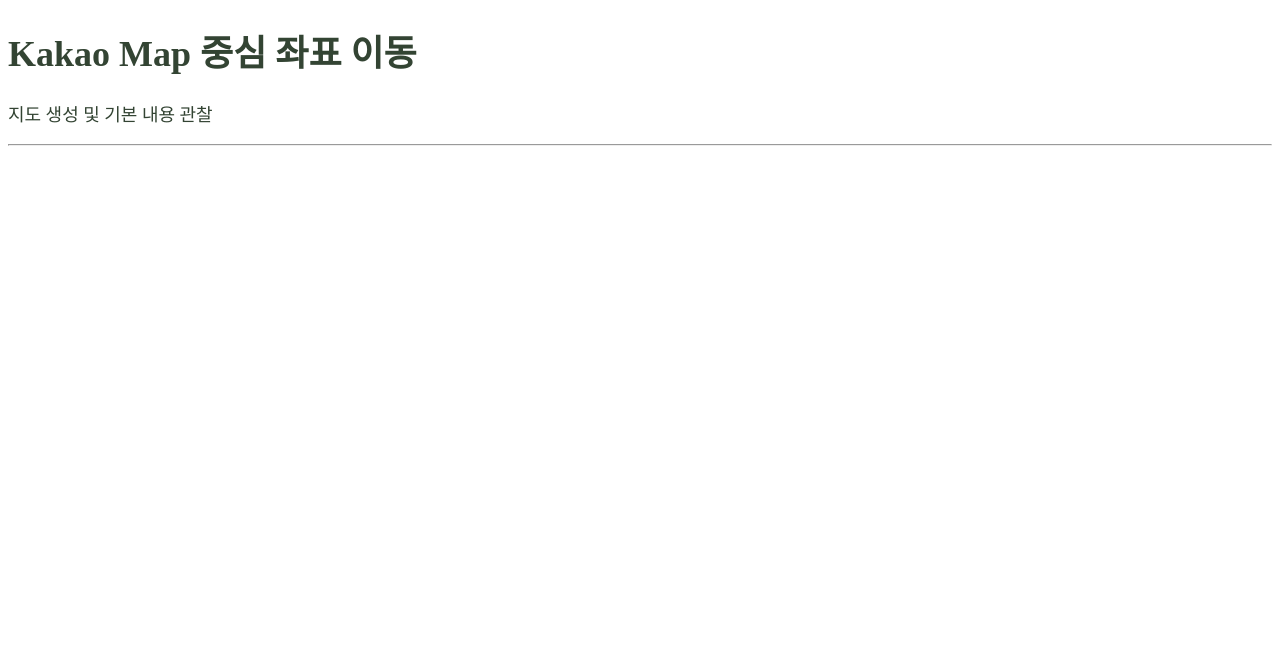
Repository: Jejeong-Moon/KakaoMapStudy
Page: KakaoMapStudy/MapApp/WebContent/MapTest004.html
An editor plug-in stored every save of this project. The page is shown before and after the next save, followed by the edit.
The browser window is 1280 px wide. The pictures show the whole page.

Above is the page before, as saved 2025-03-10 01:24:55.
Console error: ReferenceError: initialize is not defined

### KakaoMapStudy/MapApp/WebContent/MapTest004.html
<!DOCTYPE html>
<html>
<head>
<meta charset="UTF-8">
<title>MapTest004.html</title>
<link rel="stylesheet" type="text/css" href="css/main.css">
</head>
<body onload="initialize()">

<!-- ○ 발급 받은 APP Key -->
<!-- 083a2bd9d2504e9dde582bbbb8ce730b -->

<!-- ○ 지도의 중심 좌표 -->
<!-- 37.556570, 126.919533 -->


<div>
	<h1>Kakao Map 중심 좌표 이동</h1>
	<p>지도 생성 및 기본 내용 관찰</p>
	<hr />
</div>

</body>
</html>

### KakaoMapStudy/MapApp/WebContent/css/main.css
@charset "UTF-8";
@charset "UTF-8";


/* main.css */

*
{
   font-family: 맑은 고딕;
   color: #343;
}

body, p, div, span, input, table, th, td, select
{
   font-size: 18px;
}

.control
{
   border: 1px solid gray;
   border-radius: 3px;
}

table
{
   border-collapse: collapse;
   width: 50%;
}

.table th, table td
{
   border: 1px solid gray;
   border-left: 0px;
   border-right: 0px;
   padding: 3px;
   line-height: 150%;
}

.table th
{
   font-weight: bold;
   background-color: #EEE;
}

.btn
{
   font-weight: bold;
}

.btn:hover
{
   color: white;
   background-color: #787;
}

.btn:active
{
   color: orange;
}

After the next save:
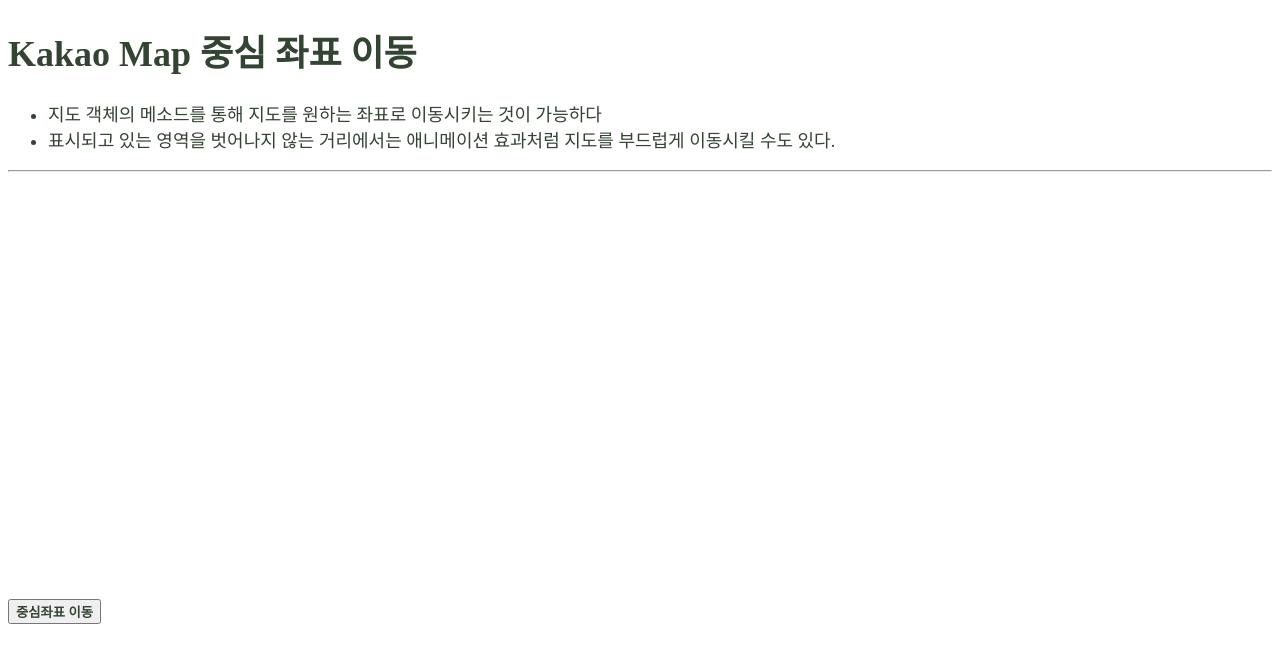
Saved 2 min 8 s later.
--- a/KakaoMapStudy/MapApp/WebContent/MapTest004.html
+++ b/KakaoMapStudy/MapApp/WebContent/MapTest004.html
@@ -16,9 +16,19 @@
 
 <div>
 	<h1>Kakao Map 중심 좌표 이동</h1>
-	<p>지도 생성 및 기본 내용 관찰</p>
+	<ul>
+		<li>지도 객체의 메소드를 통해 지도를 원하는 좌표로 이동시키는 것이 가능하다</li>
+		<li>표시되고 있는 영역을 벗어나지 않는 거리에서는
+		애니메이션 효과처럼 지도를 부드럽게 이동시킬 수도 있다.</li>
+	</ul>
 	<hr />
 </div>
 
+<div id="map" style="width: 100%; height: 400px;"></div>
+
+<p>
+	<button type="button" class="btn">중심좌표 이동</button>
+</p>
+
 </body>
 </html>
